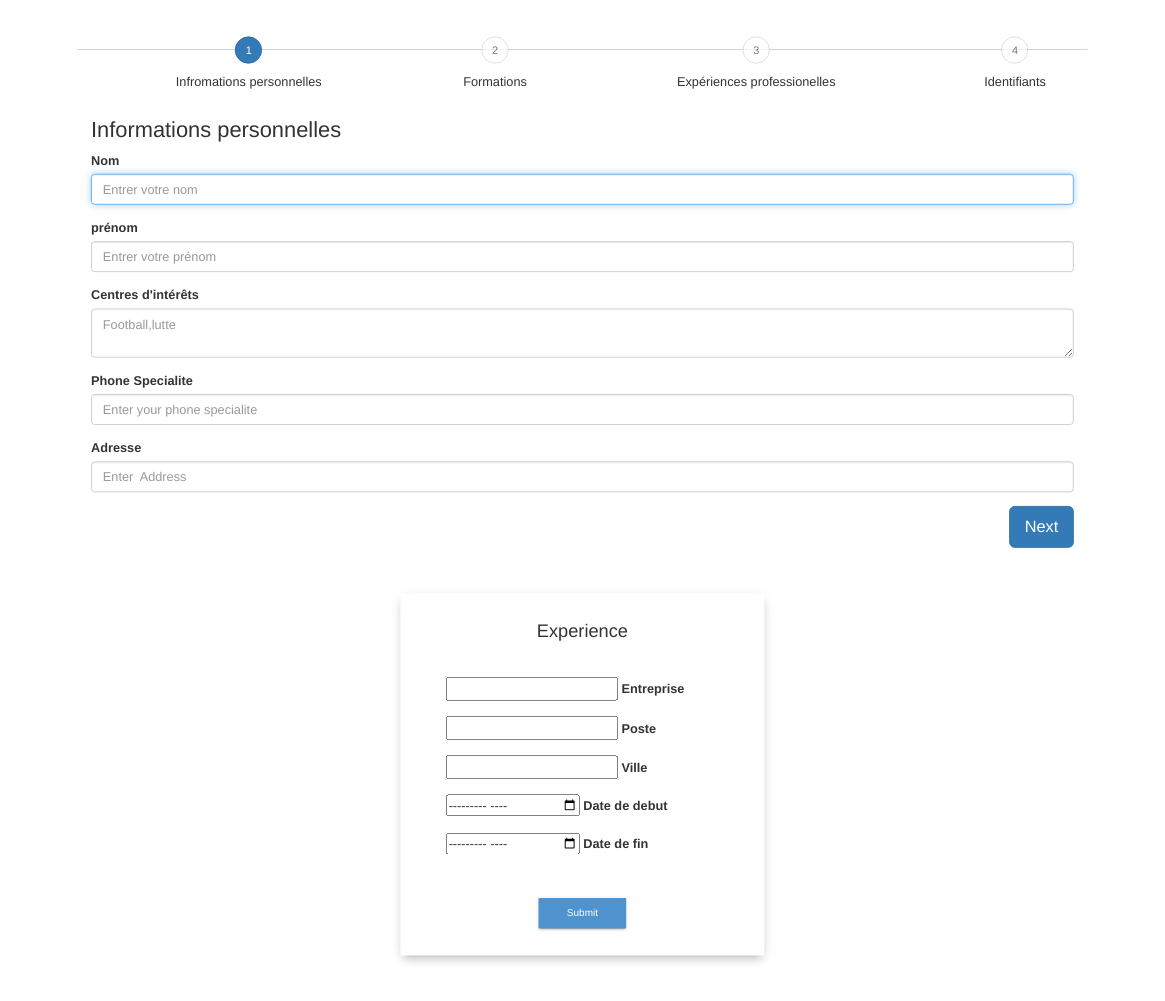
Repository: moAllElite/Examen-EJB-WEB-EAR
Page: http://localhost/SearchJobsWeb/views/inscription/addCV.jsp
These files come from the project's save history. The page is drawn as it stood at one moment and after the next save; the edit follows.
The browser window is 1280 px wide. The pictures show the whole page, at 91% of full size.
Some web libraries are served in a nearby version. The page is served by Tomcat 9. Nobody is signed in. The application's start-up code is not run.

Above is the page before, as saved 2023-03-28 17:14:10.

After the next save:
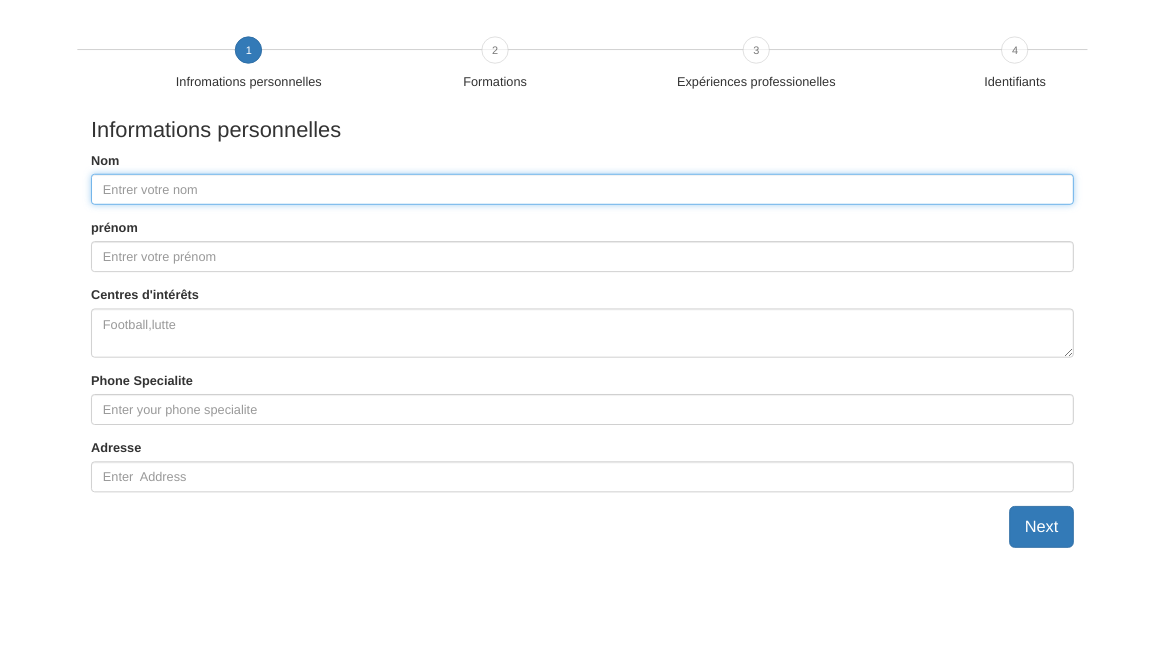
Saved 3 min 48 s later.
--- a/SearchJobsWeb/src/main/webapp/views/inscription/addCV.jsp
+++ b/SearchJobsWeb/src/main/webapp/views/inscription/addCV.jsp
@@ -178,14 +178,6 @@
 		    </form>
 		    </div>
 
-		 		<!-- Modal popup -->
-
-				<div id="target-content">
-
-						  <a href="#" class="close"></a>
-						 <jsp:include page="popup.jsp"></jsp:include>
-
-			</div>
 
 
 
